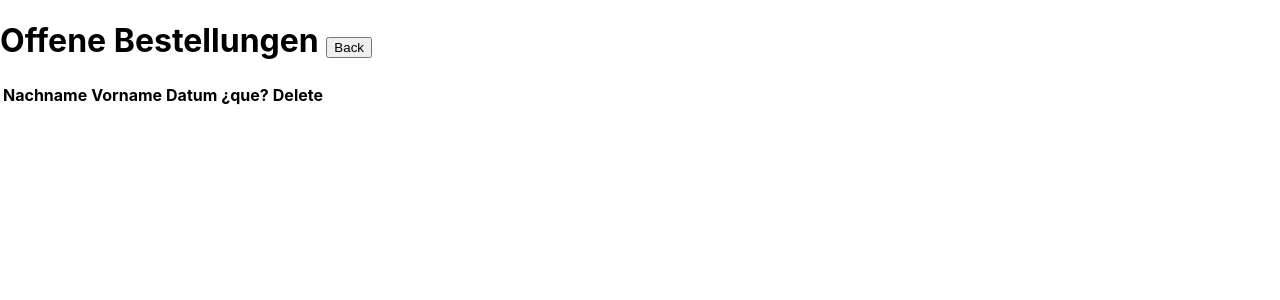
Repository: Esatollah/MedDemo
Page: /bestellungen (app in client/)
These files come from the project's save history. The page is drawn as it stood at one moment and after the next save; the edit follows.
The browser window is 1280 px wide. The pictures show the whole page.
The page's requests for data from a server got no answer. The project was rebuilt for these pictures with package versions that can differ from the ones it lists, and the page was loaded fresh each time. No one was signed in, and anything a server would have sent is missing. Also part of the build but not shown: client/src/Styles/FormStyles.js, client/src/components/Form.jsx, client/src/Styles/SearchStyles.js, client/src/Routes/Search.jsx.

Above is the page before, as saved 2022-06-11 00:03:26.

After the next save:
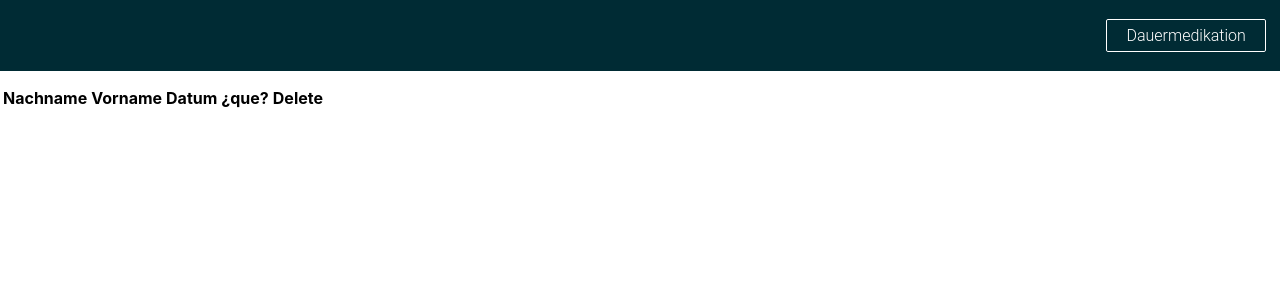
Saved 92 s later.
--- a/client/src/Routes/Bestellungen.jsx
+++ b/client/src/Routes/Bestellungen.jsx
@@ -2,6 +2,7 @@ import React, { useState, useEffect } from 'react'
 import DrugAPI from '../api/DrugAPI';
 import Modal from 'react-modal';
 import { useNavigate } from 'react-router-dom'
+import Navbar from '../components/Navbar';
 
 const Bestellungen = () => {
   let navigate = useNavigate();
@@ -49,7 +50,7 @@ const Bestellungen = () => {
 
   return (
     <div>
-      <h1>Offene Bestellungen <button onClick={() => navigate("/")}> Back</button></h1>
+      <Navbar />
       <Modal isOpen={modalbool} onRequestClose={() => setModalbool(false)}>
         <button onClick={() => setModalbool(false)}>X</button> <br></br>
         <h1>{modalperson.nachname} {modalperson.vorname}</h1>
